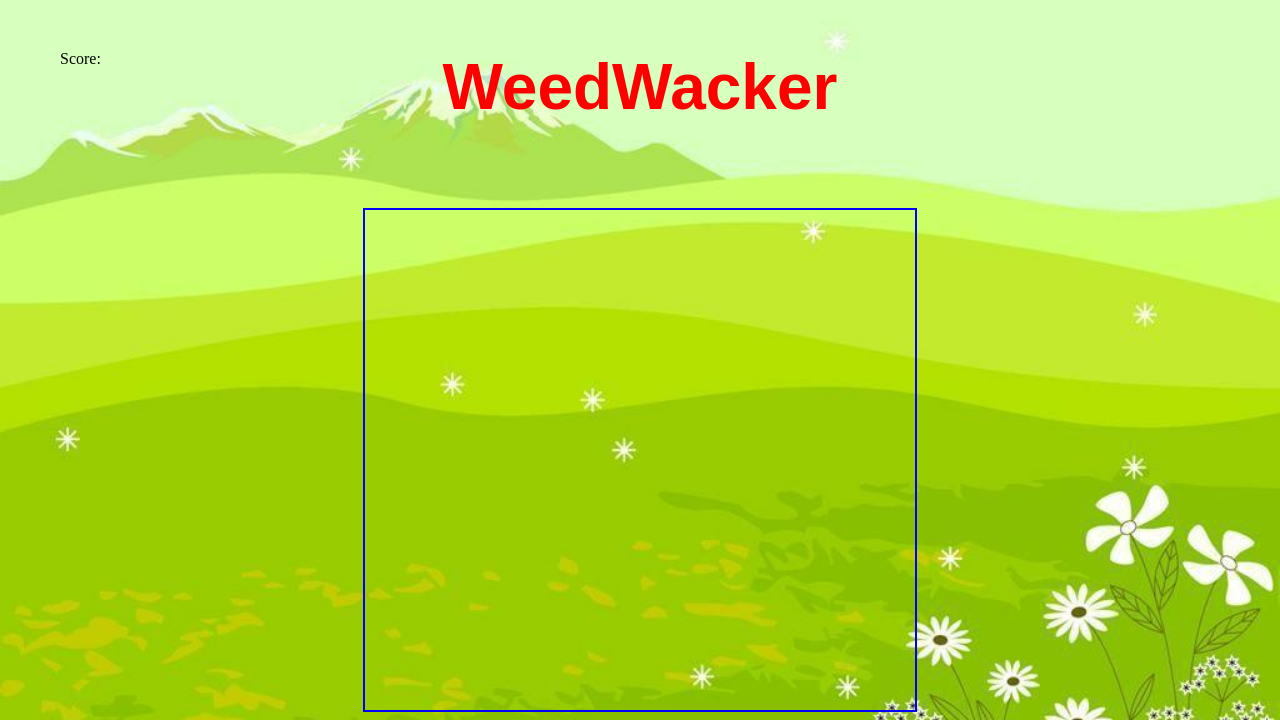
Repository: AustinW24/weedwacker
Page: main.html
The author's editor kept a copy of each file at every save. The page is drawn from the files as they stood at one save, then again after a run of saves.
The browser window is 1280 px wide. The pictures show the whole page.
Some web fonts or font styles are not loaded; a fallback is used.

Above is the page before, as saved 2022-02-08 14:26:31.

### main.html
<!DOCTYPE html>
<html lang="en">

<head>
    <meta charset="UTF-8">
    <meta name="viewport" content="width=device-width, initial-scale=1.0">
    <meta http-equiv="X-UA-Compatible" content="ie=edge">
    <title>WeedWacker</title>
    <link href="http://fonts.cdnfonts.com/css/common-pixel" rel="stylesheet">
    <link rel="stylesheet" href="style.css">
</head>

<body>
    <script src="index.js"></script>
    <div class="container">

        <div class="score">Score: </div>
        <div class="heading">
            <h1 class="title">WeedWacker</h1>
        </div>

        <div class="grid"></div>

    </div>
</body>

</html>

### style.css
* {
    box-sizing: border-box;
    margin: 0 auto;
}

.container {
    height: 100vh;
    width: 100vw;
    background: url("/assets/wwbackground.jpg") no-repeat center;
    background-size: 100%;
    display: flex;
    align-items: center;
    justify-content: center;
    position: relative;
}

.grid {
    display: grid;
    place-items: center;
    grid-template-columns: repeat(4, 1fr);
    grid-template-rows: repeat(4, 1fr);
    column-gap: 10px;
    row-gap: 15px;
    width: 550px;
    height: 500px;
    position: absolute;
    bottom: 0;
    margin-bottom: 10px;
    outline: 2px solid blue;
    justify-content: center;
}

.heading {
    display: flex;
    position: absolute;
    top: 0;
    margin-top: 50px;
    font-family: 'Common Pixel', sans-serif;
    color: red;
    font-size: 2rem;

}

.score {
    left: 0;
    position: absolute;
    top: 0;
    margin-top: 50px;
    margin-left: 60px;
}

### index.js
let score = 0;

After the next 2 saves:
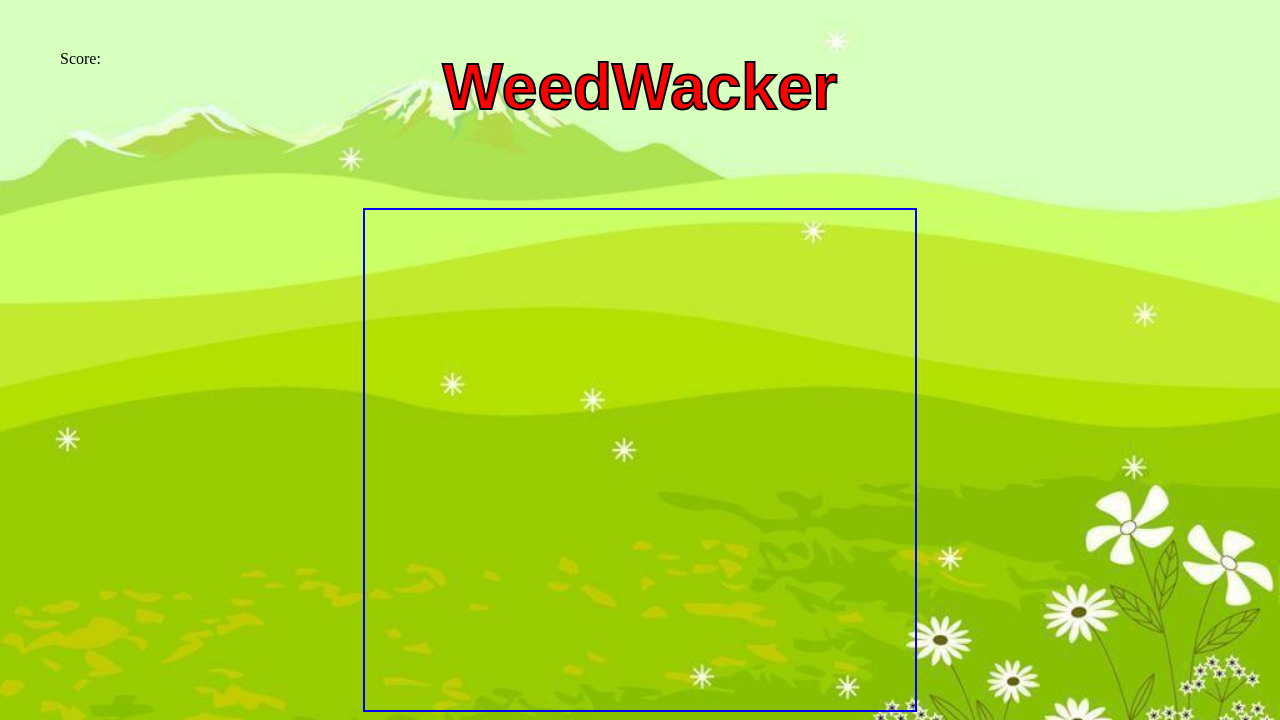
The 2 saves are shown as one change because they came seconds apart.
The last was saved 39 s later.
--- a/style.css
+++ b/style.css
@@ -38,7 +38,8 @@
     font-family: 'Common Pixel', sans-serif;
     color: red;
     font-size: 2rem;
-
+    -webkit-text-stroke-width: 2px;
+    -webkit-text-stroke-color: black;
 }
 
 .score {
